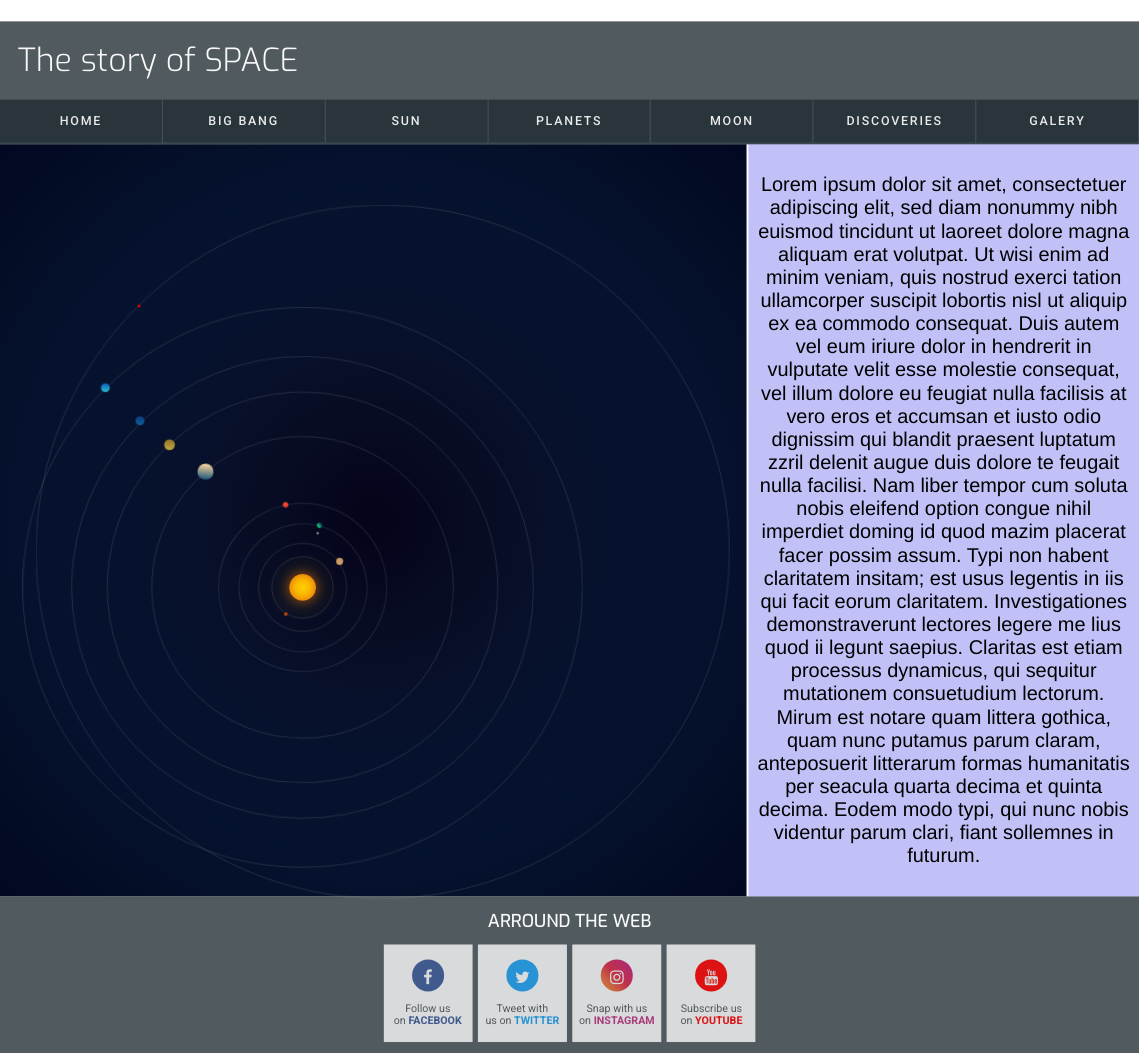
Repository: OlaQla/First-Milestones-Project
Page: index.html
The author's editor kept a record of every edit. The page is drawn from the files as they stood at one moment, then again after the next edit.
The browser window is 1280 px wide. The pictures show the whole page, at 89% of full size.
Backgrounds fixed to the window are drawn as part of the page. Some web libraries are served in a nearby version.

Above is the page before.

After the next edit:
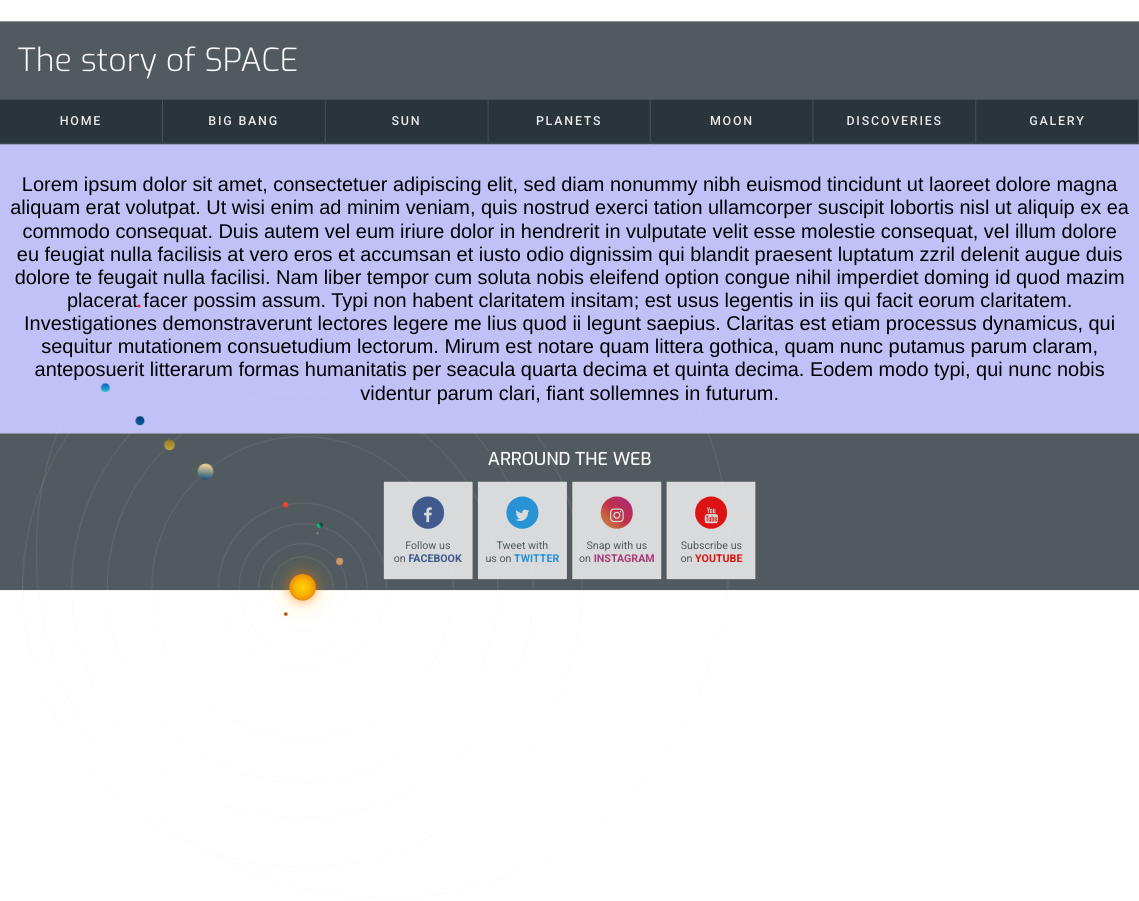
The edit:
--- a/main.css
+++ b/main.css
@@ -485,27 +485,7 @@
     flex: 1;
 }*/
 
-.container {
-display: flex;
-  flex-direction: row;
-  flex-wrap: wrap;
-  width: 100%;
-}
-
-.column-main{
-    display: flex;
-  flex-direction: column;
-  flex-basis: 100%;
-  flex:2;
-
-}
-
-.column-sidebar{
-    display: flex;
-  flex-direction: column;
-  flex-basis: 100%;
-  flex: 1;
-}
+
 /*--------------------------------------------column-main */
 .column-sidebar{
     background-color: #c1c1f8;

After the 2 edits that followed:
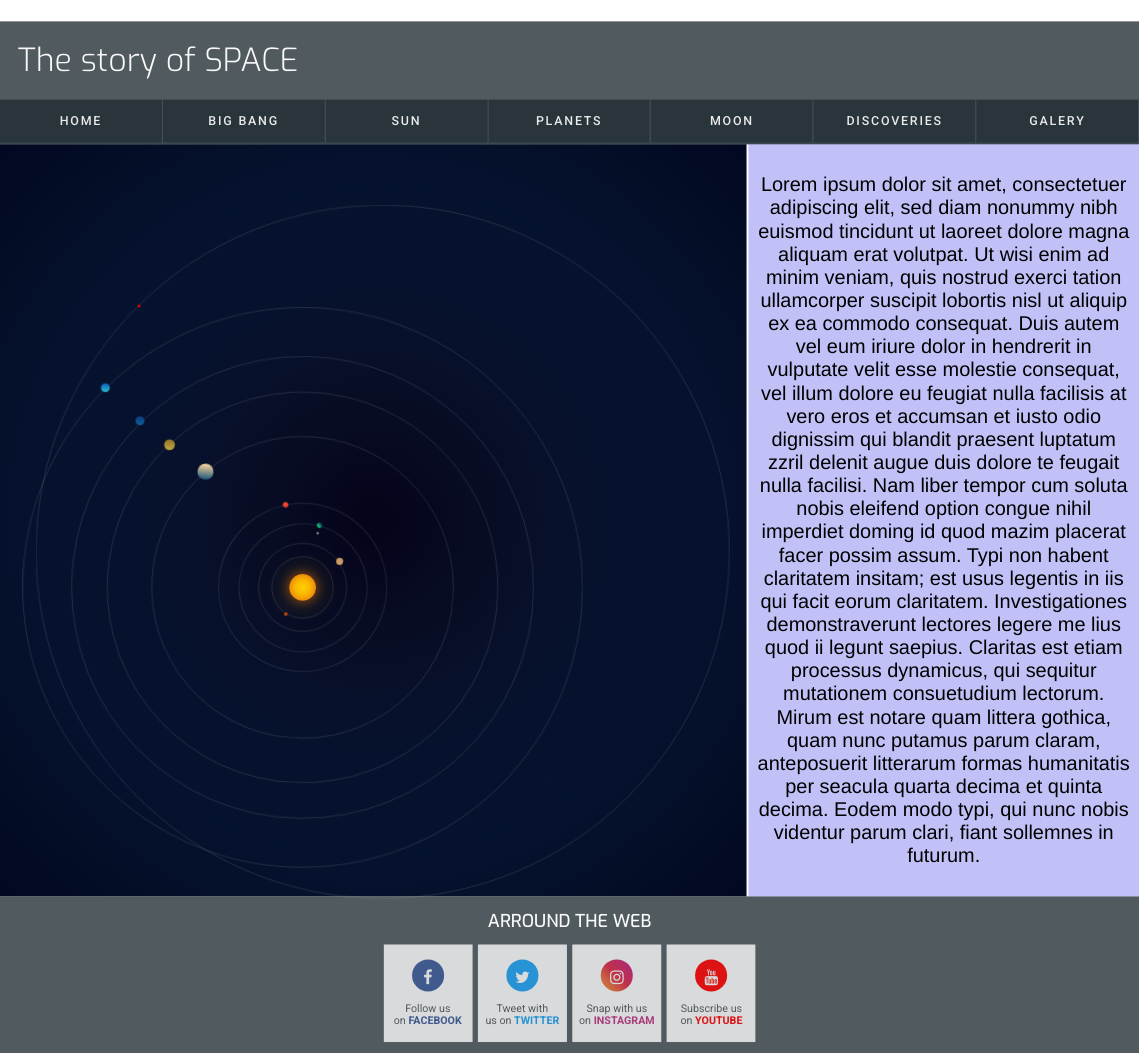
The 2 edits are shown as one change because 1 left the picture as it was.
The edit:
--- a/main.css
+++ b/main.css
@@ -468,7 +468,7 @@
 
 /*-----------------------------------------------HomePage*/
 
-/*.container {
+.container {
     display: flex;
 }
 
@@ -483,7 +483,7 @@
 
 .column-sidebar {
     flex: 1;
-}*/
+}
 
 
 /*--------------------------------------------column-main */
